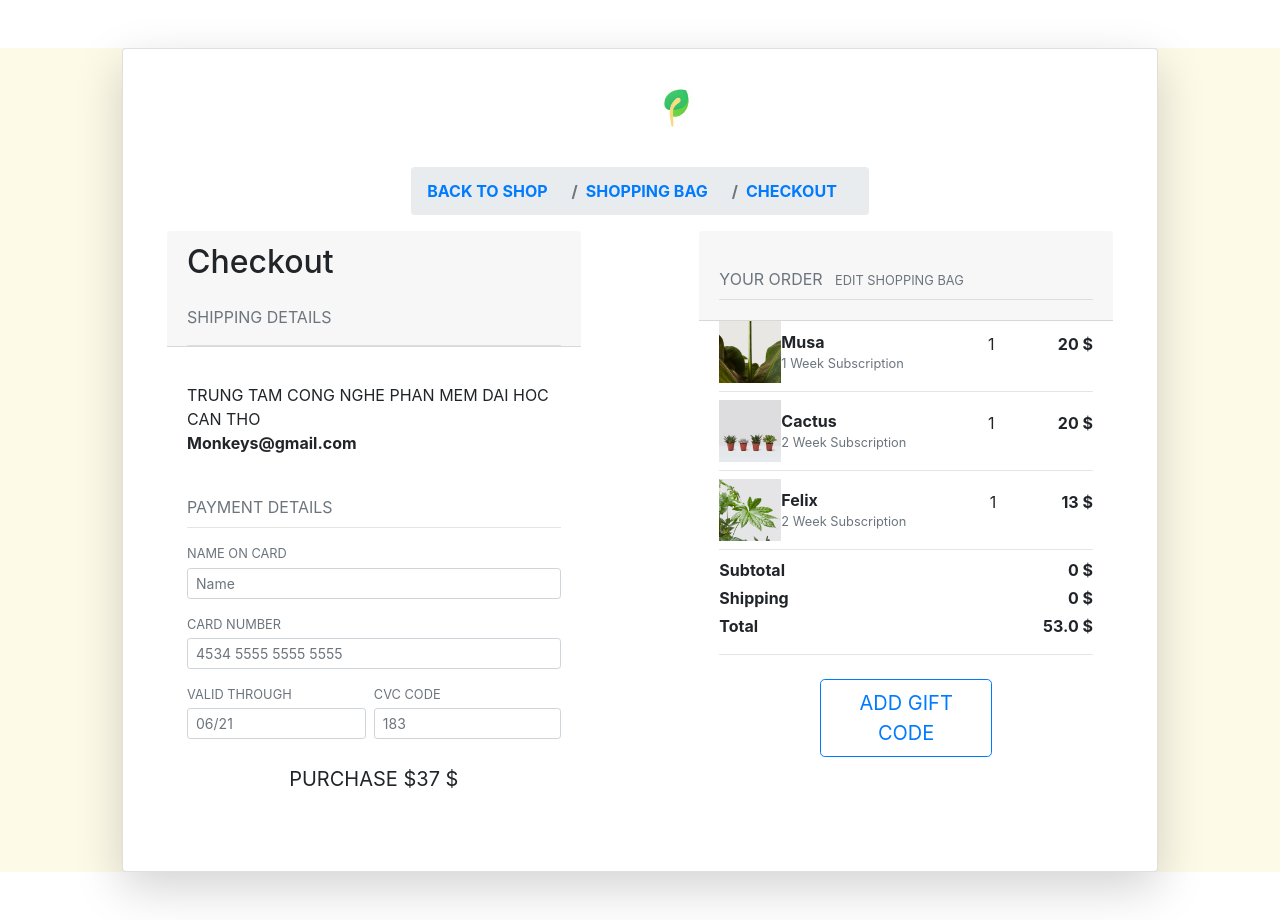
Repository: phamminhkhoa2k4/TechWiz-PlantPalace
Page: views/cart.html
These files come from the project's save history. The page is drawn as it stood at one moment and after the next save; the edit follows.
The browser window is 1280 px wide. The pictures show the whole page.

Above is the page before, as saved 2023-08-12 18:26:04.

### views/cart.html
<link rel="stylesheet" href="https://stackpath.bootstrapcdn.com/bootstrap/4.3.1/css/bootstrap.min.css">
<style>
     .container-fluid {
        background: #fdfae8;
     }
     .shadow-lg{
        background: ;
     }
</style>
<div class=" container-fluid my-5 ">
    <div class="row justify-content-center ">
        <div class="col-xl-10">
            <div class="card shadow-lg ">
                <div class="row p-2 mt-3 justify-content-between mx-sm-2">
                    <div class="col">

                    </div>
                    <div class="col">
                        <div class="row justify-content-start ">
                            <div class="col">
                                <img class="irc_mi img-fluid cursor-pointer " src="../assets/img/logo.jpg"  width="70" height="70" >
                            </div>
                        </div>
                    </div>
                    <div class="col-auto">

                    </div>
                </div>
                <div class="row  mx-auto justify-content-center text-center">
                    <div class="col-12 mt-3 ">
                        <nav aria-label="breadcrumb" class="second ">
                            <ol class="breadcrumb indigo lighten-6 first  ">
                                <li class="breadcrumb-item font-weight-bold "><a class="black-text text-uppercase " href="#"><span class="mr-md-3 mr-1">BACK TO SHOP</span></a><i class="fa fa-angle-double-right " aria-hidden="true"></i></li>
                                <li class="breadcrumb-item font-weight-bold"><a class="black-text text-uppercase" href="#"><span class="mr-md-3 mr-1">SHOPPING BAG</span></a><i class="fa fa-angle-double-right text-uppercase " aria-hidden="true"></i></li>
                                <li class="breadcrumb-item font-weight-bold"><a class="black-text text-uppercase active-2" href="#"><span class="mr-md-3 mr-1">CHECKOUT</span></a></li>
                            </ol>
                        </nav>
                    </div>
                </div>

                <div class="row justify-content-around">
                    <div class="col-md-5">
                        <div class="card border-0">
                            <div class="card-header pb-0">
                                <h2 class="card-title space ">Checkout</h2>
                                <p class="card-text text-muted mt-4  space">SHIPPING DETAILS</p>
                                <hr class="my-0">
                            </div>
                            <div class="card-body">
                                <div class="row justify-content-between">
                                    <div class="col-auto mt-0"><p><b></b></p>TRUNG TAM CONG NGHE PHAN MEM DAI HOC CAN THO</div>
                                    <div class="col-auto"><p><b>Monkeys@gmail.com</b> </p></div>
                                </div>
                                <div class="row mt-4">
                                    <div class="col"><p class="text-muted mb-2">PAYMENT DETAILS</p><hr class="mt-0"></div>
                                </div>
                                <div class="form-group">
                                    <label for="NAME" class="small text-muted mb-1">NAME ON CARD</label>
                                    <input type="text" class="form-control form-control-sm" name="NAME" id="NAME" aria-describedby="helpId" placeholder="Name">
                                </div>
                                <div class="form-group">
                                    <label for="NAME" class="small text-muted mb-1">CARD NUMBER</label>
                                    <input type="text" class="form-control form-control-sm" name="NAME" id="NAME" aria-describedby="helpId" placeholder="4534 5555 5555 5555">
                                </div>
                                <div class="row no-gutters">
                                    <div class="col-sm-6 pr-sm-2">
                                        <div class="form-group">
                                            <label for="NAME" class="small text-muted mb-1">VALID THROUGH</label>
                                            <input type="text" class="form-control form-control-sm" name="NAME" id="NAME" aria-describedby="helpId" placeholder="06/21">
                                        </div>
                                    </div>
                                    <div class="col-sm-6">
                                        <div class="form-group">
                                            <label for="NAME" class="small text-muted mb-1">CVC CODE</label>
                                            <input type="text" class="form-control form-control-sm" name="NAME" id="NAME" aria-describedby="helpId" placeholder="183">
                                        </div>
                                    </div>
                                </div>
                                <div class="row mb-md-5">
                                    <div class="col">
                                        <button type="button" name="" id="" class="btn  btn-lg btn-block ">PURCHASE $37 $</button>
                                    </div>
                                </div>
                            </div>
                        </div>
                    </div>
                    <div class="col-md-5">
                        <div class="card border-0 ">
                            <div class="card-header card-2">
                                <p class="card-text text-muted mt-md-4  mb-2 space">YOUR ORDER <span class=" small text-muted ml-2 cursor-pointer">EDIT SHOPPING BAG</span> </p>
                                <hr class="my-2">
                            </div>
                            <div class="card-body pt-0">
                                <div class="row  justify-content-between">
                                    <div class="col-auto col-md-7">
                                        <div class="media flex-column flex-sm-row">
                                            <img class=" img-fluid" src="../assets/img/zlsjcreqoa3k1zd2zn6m.png" width="62" height="62">
                                            <div class="media-body  my-auto">
                                                <div class="row ">
                                                    <div class="col-auto"><p class="mb-0"><b>Musa</b></p><small class="text-muted">1 Week Subscription</small></div>
                                                </div>
                                            </div>
                                        </div>
                                    </div>
                                    <div class=" pl-0 flex-sm-col col-auto  my-auto"> <p class="boxed-1">1</p></div>
                                    <div class=" pl-0 flex-sm-col col-auto  my-auto "><p><b>20 $</b></p></div>
                                </div>
                                <hr class="my-2">
                                <div class="row  justify-content-between">
                                    <div class="col-auto col-md-7">
                                        <div class="media flex-column flex-sm-row">
                                            <img class=" img-fluid " src="../assets/img/eyezulzs9styxizwxuok.png" width="62" height="62">
                                            <div class="media-body  my-auto">
                                                <div class="row ">
                                                    <div class="col"><p class="mb-0"><b>Cactus</b></p><small class="text-muted">2 Week Subscription</small></div>
                                                </div>
                                            </div>
                                        </div>
                                    </div>
                                    <div class="pl-0 flex-sm-col col-auto  my-auto"> <p class="boxed">1</p></div>
                                    <div class="pl-0 flex-sm-col col-auto my-auto"><p><b>20 $</b></p></div>
                                </div>
                                <hr class="my-2">
                                <div class="row  justify-content-between">
                                    <div class="col-auto col-md-7">
                                        <div class="media flex-column flex-sm-row">
                                            <img class=" img-fluid " src="../assets/img/vsz8hzjwhyc89t35nnul.png" width="62" height="62">
                                            <div class="media-body  my-auto">
                                                <div class="row ">
                                                    <div class="col"><p class="mb-0"><b>Felix</b></p><small class="text-muted">2 Week Subscription</small></div>
                                                </div>
                                            </div>
                                        </div>
                                    </div>
                                    <div class="pl-0 flex-sm-col col-auto  my-auto"> <p class="boxed-1">1</p></div>
                                    <div class="pl-0 flex-sm-col col-auto my-auto"><p><b>13 $</b></p></div>
                                </div>
                                <hr class="my-2">
                                <div class="row ">
                                    <div class="col">
                                        <div class="row justify-content-between">
                                            <div class="col-4"><p class="mb-1"><b>Subtotal</b></p></div>
                                            <div class="flex-sm-col col-auto"><p class="mb-1"><b>0 $</b></p></div>
                                        </div>
                                        <div class="row justify-content-between">
                                            <div class="col"><p class="mb-1"><b>Shipping</b></p></div>
                                            <div class="flex-sm-col col-auto"><p class="mb-1"><b>0 $</b></p></div>
                                        </div>
                                        <div class="row justify-content-between">
                                            <div class="col-4"><p ><b>Total</b></p></div>
                                            <div class="flex-sm-col col-auto"><p  class="mb-1"><b>53.0 $</b></p> </div>
                                        </div><hr class="my-0">
                                    </div>
                                </div>
                                <div class="row mb-5 mt-4 ">
                                    <div class="col-md-7 col-lg-6 mx-auto"><button type="button" class="btn btn-block btn-outline-primary btn-lg">ADD GIFT CODE</button></div>
                                </div>
                            </div>
                        </div>
                    </div>
                </div>
            </div>
        </div>
    </div>
</div>

After the next save:
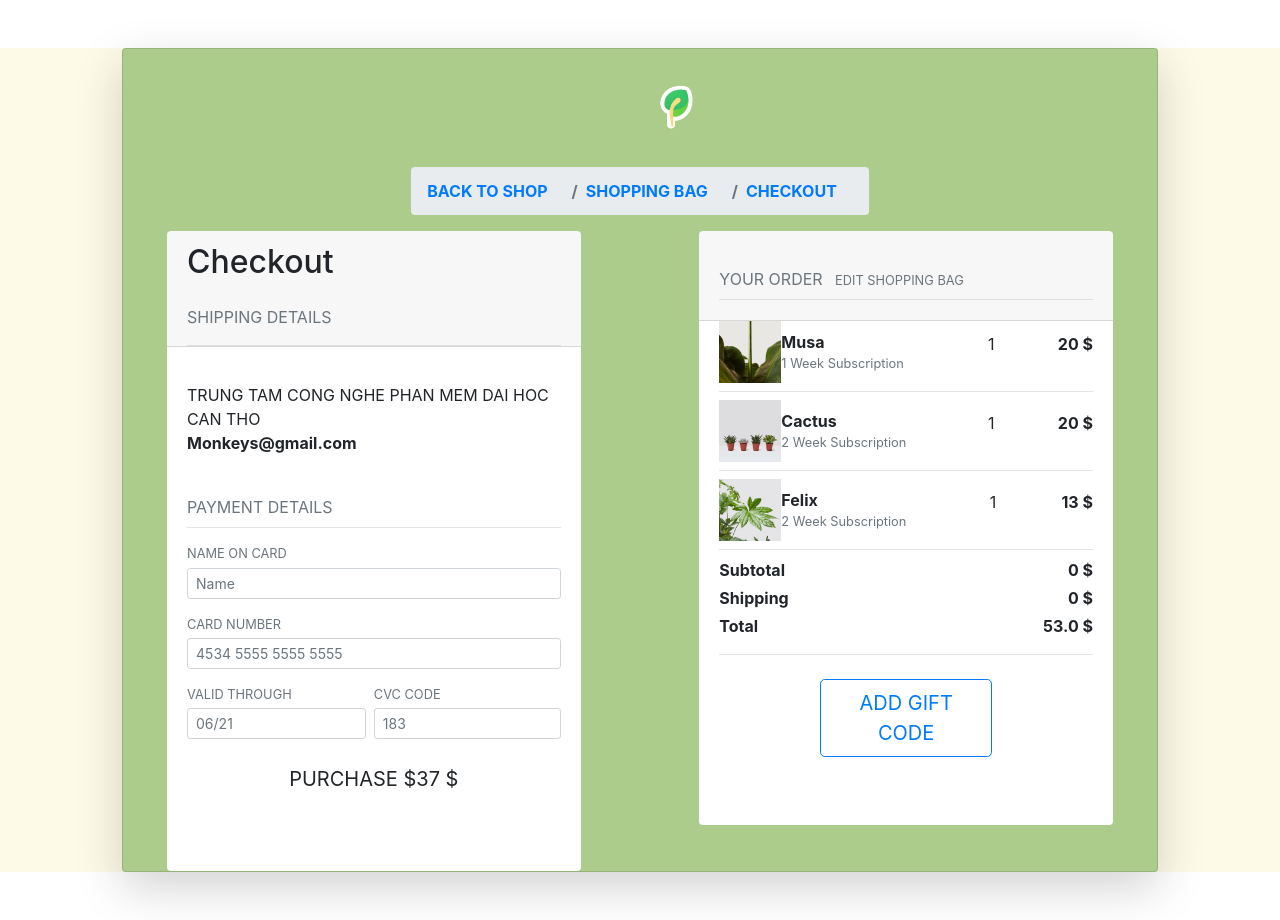
Saved 15 s later.
--- a/views/cart.html
+++ b/views/cart.html
@@ -4,7 +4,7 @@
         background: #fdfae8;
      }
      .shadow-lg{
-        background: ;
+        background: #abcc8b;
      }
 </style>
 <div class=" container-fluid my-5 ">
